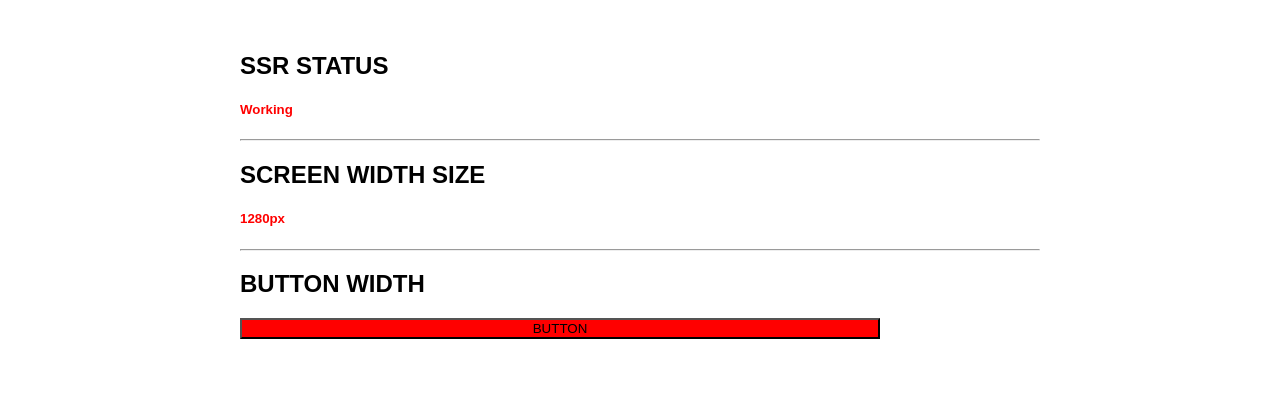
Repository: adrihle/screen-detector-nextpwa
Page: /
These files come from the project's save history. The page is drawn as it stood at one moment and after the next save; the edit follows.
The browser window is 1280 px wide. The pictures show the whole page.
The project was rebuilt for these pictures with package versions that can differ from the ones it lists, and the page was loaded fresh each time. The framework's server and built-in components were replaced by stand-ins that run in the browser. Imported but missing from the stored project, and not drawn on this page: pages/_document.

Above is the page before, as saved 2020-12-28 12:57:04.

### pages/_app.js
import App, { Container } from "next/app";
import Head from "next/head";
import styled, { createGlobalStyle } from "styled-components";
import { title } from "./_document";

// Any global CSS variables and selectors we want
const GlobalStyle = createGlobalStyle`
  :root {
    --padding: 2rem;
    --max-width: 50rem;
  }

  body {
    background: var(--background--1);
    font-family: 'PT Sans', sans-serif;
    margin: 0;
  }
`;

const Main = styled.main`
  margin: 0 auto;
  max-width: var(--max-width);
  padding: var(--padding);
`;

export default class MyApp extends App {
  static async getInitialProps({ Component, ctx }) {
    let pageProps = {};

    if (Component.getInitialProps) {
      pageProps = await Component.getInitialProps(ctx);
    }

    return { pageProps };
  }

  render() {
    const { Component, pageProps, router } = this.props;

    return (
      <>
        <Head>
          <title>{title}</title>
        </Head>
        <Container>
          <Main>
            <Component {...pageProps} router={router} />
          </Main>
          <GlobalStyle />
        </Container>
      </>
    );
  }
}

### pages/index.js
import { useEffect, useState } from 'react'





const Index = ({ server }) => {

  const [size, setSize] = useState()

  useEffect(() => {
    const handleSize = () => setSize(window.innerWidth)
    handleSize()
    window.addEventListener('resize', handleSize)
    return () => {window.removeEventListener('resize', handleSize)}
  },[])

  const width = size + 'px'

  const btnWidth = size / 2

  return (
    <>
      <h2>SSR STATUS</h2>
      <h5 style={{color:'red'}}>{server ? 'Working' : 'Not Working'}</h5>
      <hr />
      <h2>SCREEN WIDTH SIZE</h2>
      <h5 style={{color:'red'}}>{width}</h5>
      <hr/>
      <h2>BUTTON WIDTH</h2>

      <button style={{background:'red', width:btnWidth}}>BUTTON</button>
    </>
  )
}

Index.getInitialProps = async function() {
  return {
    server: true,
  }
};

export default Index;

After the next save:
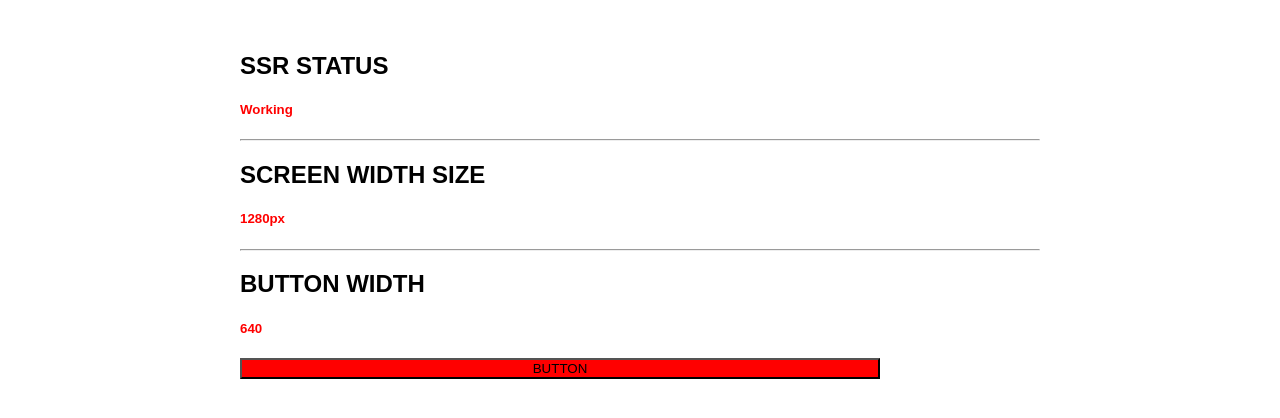
Saved 21 s later.
--- a/pages/index.js
+++ b/pages/index.js
@@ -28,7 +28,7 @@ const Index = ({ server }) => {
       <h5 style={{color:'red'}}>{width}</h5>
       <hr/>
       <h2>BUTTON WIDTH</h2>
-
+      <h5 style={{color:'red'}}>{btnWidth}</h5>
       <button style={{background:'red', width:btnWidth}}>BUTTON</button>
     </>
   )
